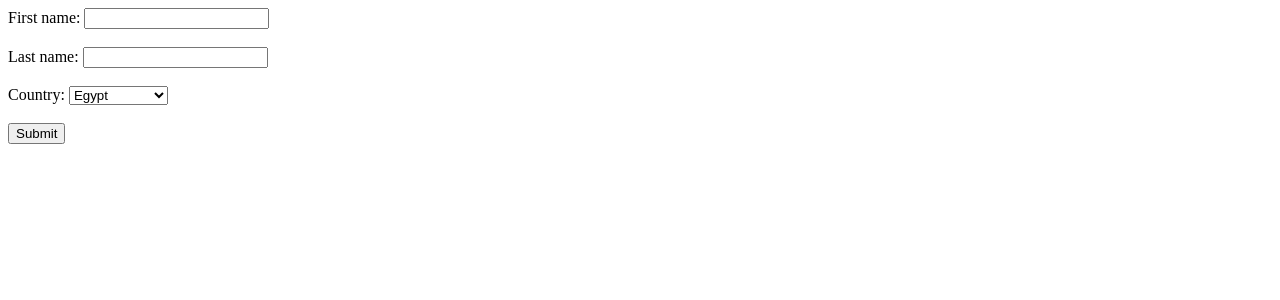
Repository: Mostafayehya/Spring-Hibernate-for-beginners-course-code
Page: http://localhost/spring-mvc-demo/student/showForm
The author's editor kept a copy of each file at every save. The page is drawn from the files as they stood at one save, then again after the next save.
The browser window is 1280 px wide. The pictures show the whole page.
The page is served by Tomcat 9. Other server files are loaded and not shown.

Above is the page before, as saved 2019-12-01 14:14:03.

### spring-mvc-demo/WebContent/WEB-INF/view/student-form.jsp
<%@ taglib prefix="form" uri ="http://www.springframework.org/tags/form" %>
<!DOCTYPE html>
<html>

<body>
	<form:form action="processForm" modelAttribute="student">

		First name: <form:input path="firstName"/>

		<br><br>

		Last name: <form:input path="lastName"/>

		<br><br>

		Country:
		 <form:select path="country">

		 	<form:option value="Egypt" label="Egypt"></form:option>
            <form:option value="Saudi Arabia" label="Saudi Arabia"></form:option>
            <form:option value="Moroco" label="Moroco"></form:option>
            <form:option value="Syria" label="Syria"></form:option>
		 </form:select>

		<br><br>


		<input type="submit" value="Submit">
	</form:form>

</body>

</html>

After the next save:
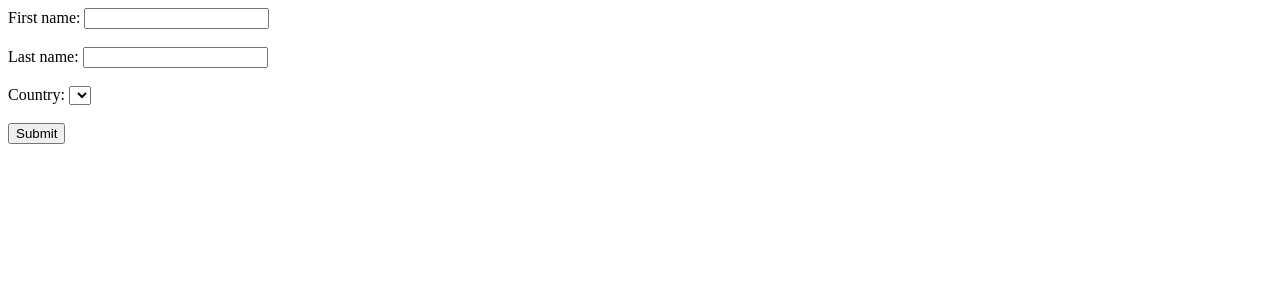
Saved 27 min 4 s later.
--- a/spring-mvc-demo/WebContent/WEB-INF/view/student-form.jsp
+++ b/spring-mvc-demo/WebContent/WEB-INF/view/student-form.jsp
@@ -16,10 +16,7 @@
 		Country:
 		 <form:select path="country">
 
-		 	<form:option value="Egypt" label="Egypt"></form:option>
-            <form:option value="Saudi Arabia" label="Saudi Arabia"></form:option>
-            <form:option value="Moroco" label="Moroco"></form:option>
-            <form:option value="Syria" label="Syria"></form:option>
+		 	<form:options />
 		 </form:select>
 
 		<br><br>
